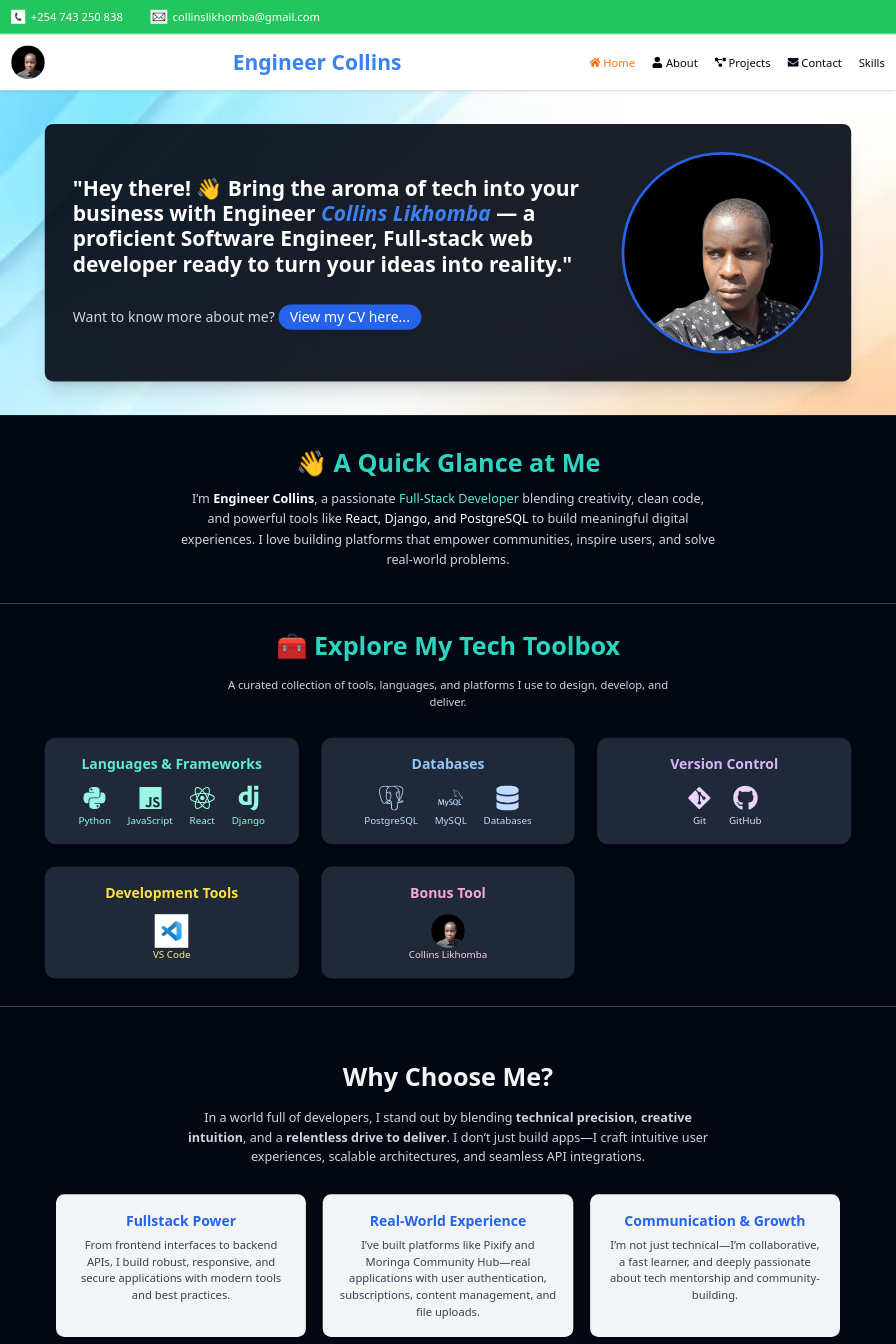
Repository: Engineer-collo/Portfolio
Page: /
The author's editor kept a copy of each file at every save. The page is drawn from the files as they stood at one save, then again after a run of saves.
The browser window is 1280 px wide. The pictures show the part of the page from y = 0 to 1920 px (the page is 2586 px tall before and 2562 px after), at 70% of full size.
The project was rebuilt for these pictures with package versions that can differ from the ones it lists, and the page was loaded fresh each time. Also part of the build but not shown: vite.config.js, src/pages/About.jsx, src/pages/Projects.jsx, src/pages/Contact.jsx, src/pages/Blog.jsx, src/pages/Skills.jsx.

Above is the page before, as saved 2025-06-10 19:49:16.

After the next 2 saves:
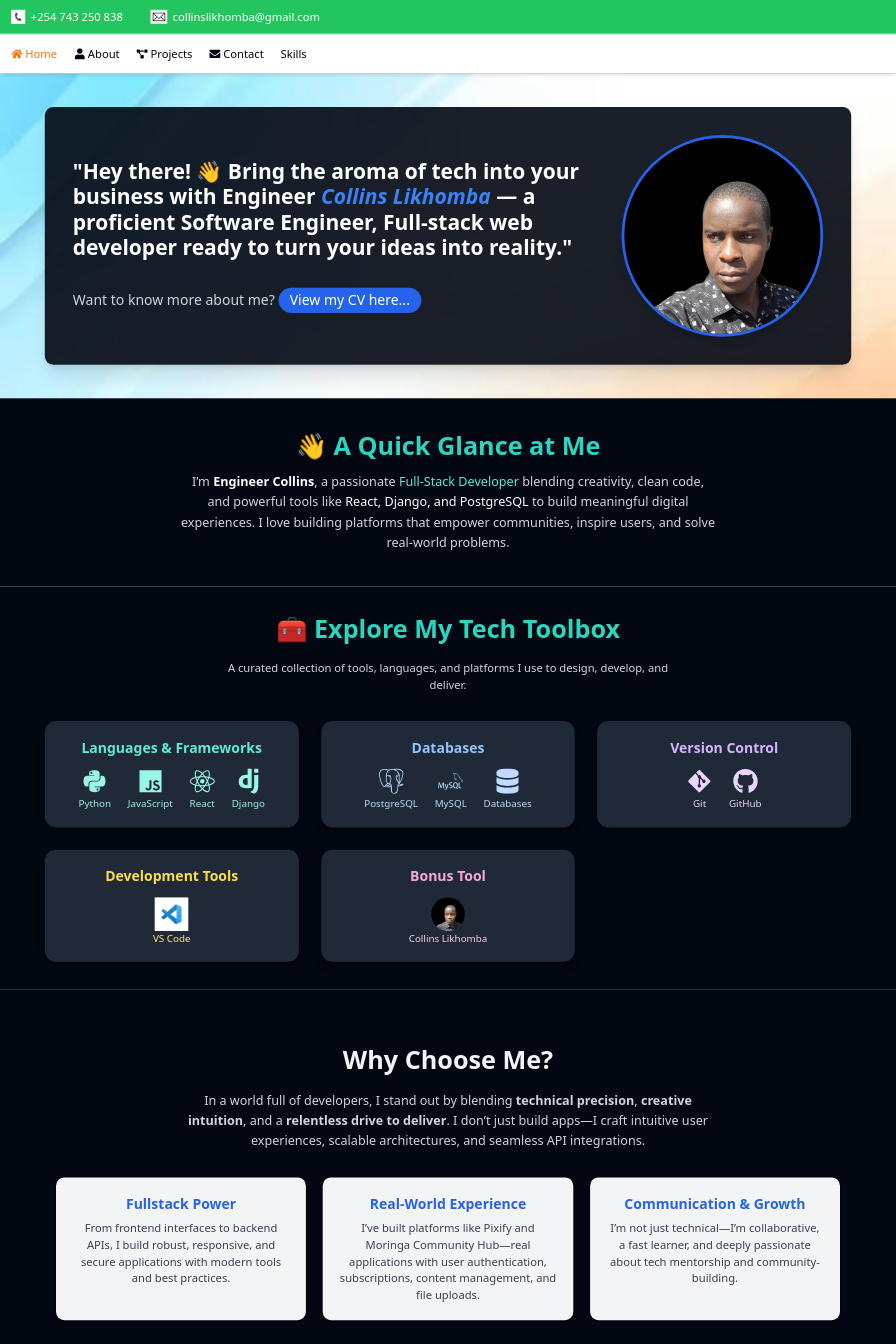
The 2 saves are shown as one change because they came seconds apart.
The last was saved 3 min 57 s later.
--- a/src/components/Navbar.jsx
+++ b/src/components/Navbar.jsx
@@ -26,7 +26,17 @@
 
       {/* Main Navigation */}
       <div className="max-w-7xl mx-auto px-4 py-4 flex justify-between items-center">
-      <img
+
+        {/* Desktop nav */}
+        <nav className="space-x-6 hidden md:flex text-gray-950 font-medium">
+          <Link to="/" className="flex items-center gap-1 hover:text-blue-500 transition text-orange-500"><FaHome /> Home</Link>
+          <Link to="/about" className="flex items-center gap-1 hover:text-blue-500 transition"><FaUser /> About</Link>
+          <Link to="/projects" className="flex items-center gap-1 hover:text-blue-500 transition"><FaProjectDiagram /> Projects</Link>
+          <Link to="/contact" className="flex items-center gap-1 hover:text-blue-500 transition"><FaEnvelope /> Contact</Link>
+          <Link to="/skills" className="flex items-center gap-1 hover:text-blue-500 transition">Skills</Link>
+        </nav>
+
+        {/* Mo      <img
                   className="h-12 w-12 rounded-full object-cover"
                   src="picture.png"
                   alt="Profile"
@@ -37,17 +47,7 @@
             <span className="text-blue-500">Engineer Collins</span>
           </Link>
         </h1>
-
-        {/* Desktop nav */}
-        <nav className="space-x-6 hidden md:flex text-gray-950 font-medium">
-          <Link to="/" className="flex items-center gap-1 hover:text-blue-500 transition text-orange-500"><FaHome /> Home</Link>
-          <Link to="/about" className="flex items-center gap-1 hover:text-blue-500 transition"><FaUser /> About</Link>
-          <Link to="/projects" className="flex items-center gap-1 hover:text-blue-500 transition"><FaProjectDiagram /> Projects</Link>
-          <Link to="/contact" className="flex items-center gap-1 hover:text-blue-500 transition"><FaEnvelope /> Contact</Link>
-          <Link to="/skills" className="flex items-center gap-1 hover:text-blue-500 transition">Skills</Link>
-        </nav>
-
-        {/* Mobile menu toggle */}
+bile menu toggle */}
         <div className="md:hidden">
           <button onClick={toggleMenu} className="text-gray-950 focus:outline-none">
             {isOpen ? <FaTimes className="h-6 w-6" /> : <FaBars className="h-6 w-6" />}

After the 5 saves that followed:
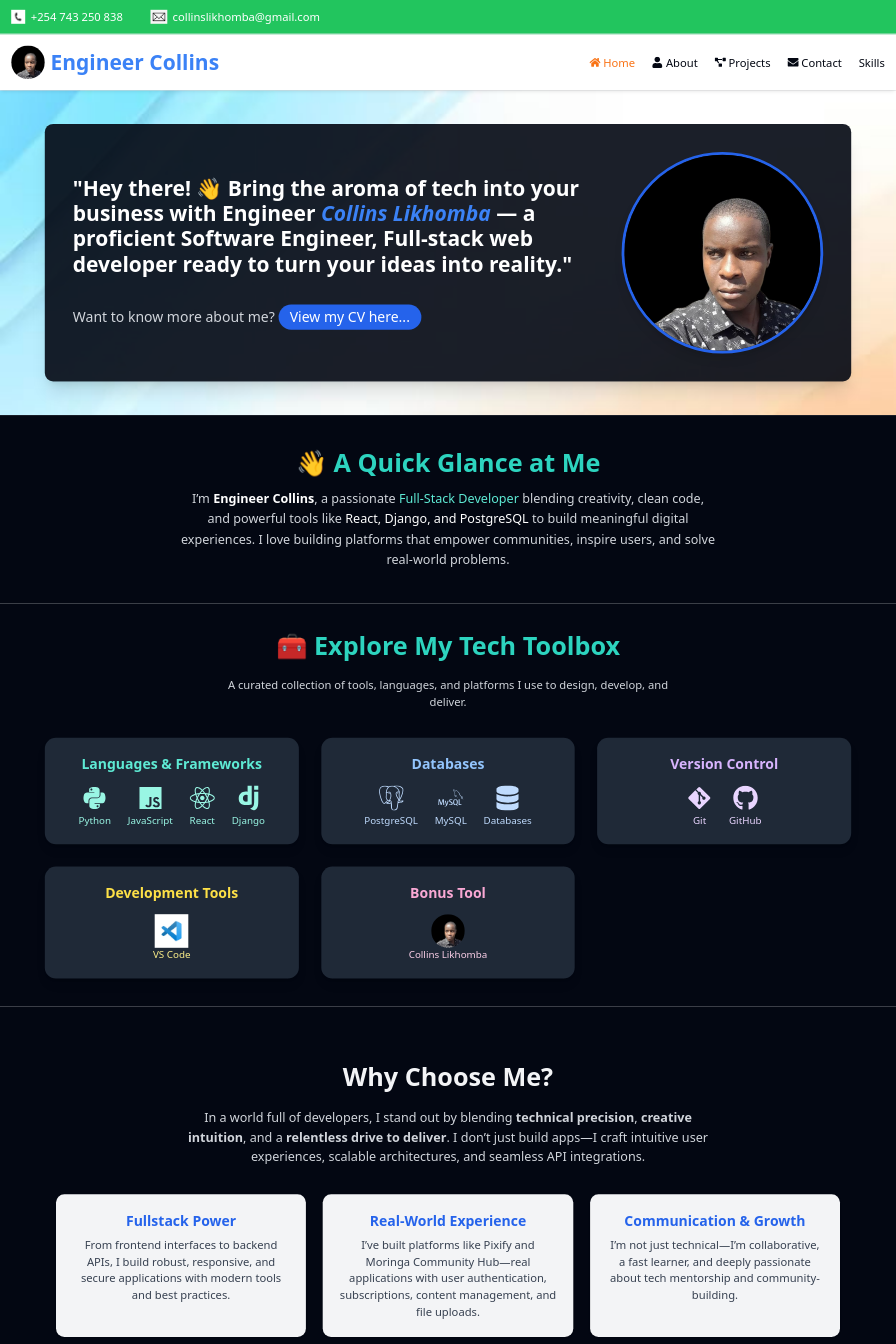
The 5 saves are shown as one change because 1 did not build or start and some came seconds apart.
The last was saved 101 s later.
--- a/src/components/Navbar.jsx
+++ b/src/components/Navbar.jsx
@@ -1,4 +1,4 @@
-import React, { useState } from 'react';
+import React, { useState, useEffect } from 'react';
 import { Link } from 'react-router-dom';
 import { FaBars, FaTimes, FaUser, FaProjectDiagram, FaEnvelope, FaHome } from 'react-icons/fa';
 
@@ -6,11 +6,15 @@
   const [isOpen, setIsOpen] = useState(false);
   const toggleMenu = () => setIsOpen(!isOpen);
 
+  useEffect(() => {
+    document.body.style.overflow = isOpen ? 'hidden' : 'auto';
+  }, [isOpen]);
+
   return (
     <header className="bg-white shadow-md relative z-50">
       {/* Top Contact Info */}
-      <div className=" bg-green-500  text-sm md:text-base py-3 px-4 flex flex-wrap items-center gap-4 md:gap-10 border-b border-gray-200">
-        <div className=" flex items-center gap-2">
+      <div className="bg-green-500 text-sm md:text-base py-3 px-4 flex flex-wrap items-center gap-4 md:gap-10 border-b border-gray-200">
+        <div className="flex items-center gap-2">
           <img className="h-5" src="/call.png" alt="Call Icon" />
           <a target="_blank" rel="noopener noreferrer" href="tel:+254743250838" className="text-white hover:underline">
             +254 743 250 838
@@ -26,6 +30,20 @@
 
       {/* Main Navigation */}
       <div className="max-w-7xl mx-auto px-4 py-4 flex justify-between items-center">
+        {/* Logo and Name */}
+        <div className="flex items-center space-x-2">
+          <img
+            className="h-12 w-12 rounded-full object-cover"
+            src="picture.png"
+            alt="Profile"
+            loading="lazy"
+          />
+          <h1 className="text-2xl md:text-3xl font-bold text-gray-950">
+            <Link to="/" className="hover:text-blue-500 transition">
+              <span className="text-blue-500">Engineer Collins</span>
+            </Link>
+          </h1>
+        </div>
 
         {/* Desktop nav */}
         <nav className="space-x-6 hidden md:flex text-gray-950 font-medium">
@@ -36,20 +54,9 @@
           <Link to="/skills" className="flex items-center gap-1 hover:text-blue-500 transition">Skills</Link>
         </nav>
 
-        {/* Mo      <img
-                  className="h-12 w-12 rounded-full object-cover"
-                  src="picture.png"
-                  alt="Profile"
-                />
-
-        <h1 className="text-3xl font-bold text-gray-950">
-          <Link to="/" className="hover:text-blue-500 transition">
-            <span className="text-blue-500">Engineer Collins</span>
-          </Link>
-        </h1>
-bile menu toggle */}
+        {/* Mobile menu toggle */}
         <div className="md:hidden">
-          <button onClick={toggleMenu} className="text-gray-950 focus:outline-none">
+          <button onClick={toggleMenu} aria-label="Toggle menu" className="text-gray-950 focus:outline-none">
             {isOpen ? <FaTimes className="h-6 w-6" /> : <FaBars className="h-6 w-6" />}
           </button>
         </div>
@@ -58,10 +65,10 @@
       {/* Mobile nav links */}
       {isOpen && (
         <div className="fixed top-0 left-0 h-screen w-3/4 bg-gray-950 z-50 shadow-lg px-6 py-8 md:hidden transition-all">
-          <button onClick={toggleMenu} className="absolute top-4 right-4 text-gray-950">
+          <button onClick={toggleMenu} aria-label="Close menu" className="absolute top-4 right-4 text-white">
             <FaTimes className="h-6 w-6" />
           </button>
-          <nav className="space-y-6 mt-10 text-gray-950 text-lg">
+          <nav className="space-y-6 mt-10 text-white text-lg">
             <Link to="/" onClick={toggleMenu} className="flex items-center gap-2 hover:text-blue-500"><FaHome /> Home</Link>
             <Link to="/about" onClick={toggleMenu} className="flex items-center gap-2 hover:text-blue-500"><FaUser /> About</Link>
             <Link to="/projects" onClick={toggleMenu} className="flex items-center gap-2 hover:text-blue-500"><FaProjectDiagram /> Projects</Link>
